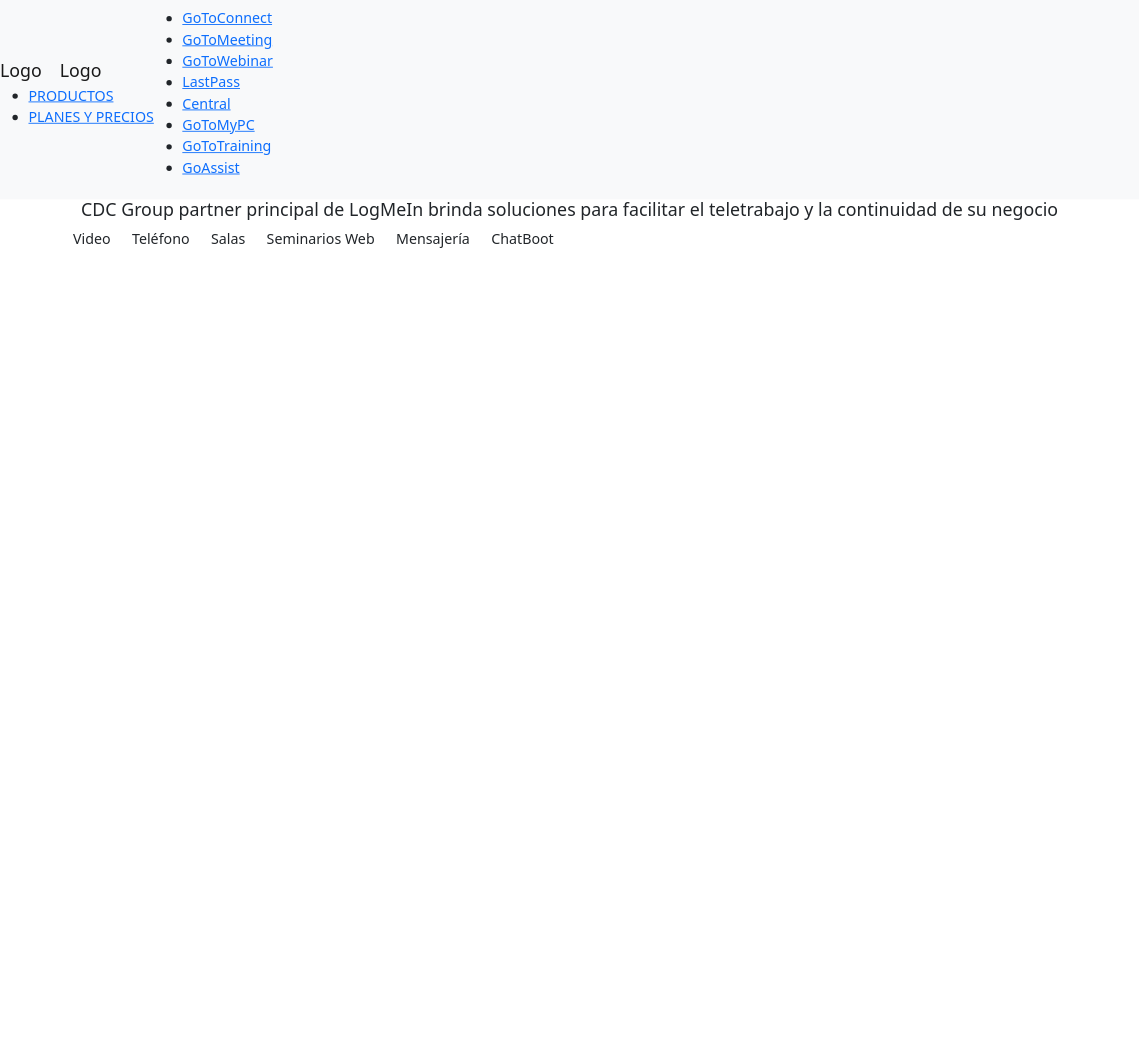
Repository: onehitwondermx/cdclogmein
Page: index.html
The author's editor kept a copy of each file at every save. The page is drawn from the files as they stood at one save, then again after the next save.
The browser window is 1280 px wide. The pictures show the whole page, at 89% of full size.

Above is the page before, as saved 2021-06-03 18:50:14.

### index.html
<!DOCTYPE html>
<html lang="es">
  <head>
    <meta charset="utf-8">
    <meta name="viewport" content="width=device-width, initial-scale=1">
    <script src="https://cdn.jsdelivr.net/npm/bootstrap@5.0.1/dist/js/bootstrap.bundle.min.js" integrity="sha384-gtEjrD/SeCtmISkJkNUaaKMoLD0//ElJ19smozuHV6z3Iehds+3Ulb9Bn9Plx0x4" crossorigin="anonymous"></script>
    <link href="https://cdn.jsdelivr.net/npm/bootstrap@5.0.1/dist/css/bootstrap.min.css" rel="stylesheet" integrity="sha384-+0n0xVW2eSR5OomGNYDnhzAbDsOXxcvSN1TPprVMTNDbiYZCxYbOOl7+AMvyTG2x" crossorigin="anonymous">
    <title>LogMeIn - CDC Gropu</title>
  </head>
<body>
  <div class="navbar navbar-expand-lg navbar-light bg-light">
    <nav class="nav-extended">
      <div class="nav-wrapper">
        <a href="#" class="navbar-brand">Logo</a>
        <a href="#" class="navbar-brand">Logo</a>
      </div>
      <div class="nav-content right">
        <ul>
          <li><a href="#">PRODUCTOS</a></li>
          <li><a class="dropdown-trigger" href="#" data-target="dropdown1">PLANES Y PRECIOS</a></li>
        </ul>
      </div>
    </nav>
      <!-- Dropdown Structure -->
    <ul id="dropdown1" class="dropdown-content">
      <li><a href="#">GoToConnect</a></li>
      <li><a href="#">GoToMeeting</a></li>
      <li><a href="#">GoToWebinar</a></li>
      <li><a href="#">LastPass</a></li>
      <li><a href="#">Central</a></li>
      <li><a href="#">GoToMyPC</a></li>
      <li><a href="#">GoToTraining</a></li>
      <li><a href="#">GoAssist</a></li>
    </ul>
    </div>

  <div class="container-fluid">
      <div class="row justify-content-md-center">
        <div class="col-md-auto">
          <h5 class="center-align">
            CDC Group partner principal de LogMeIn brinda soluciones para facilitar el teletrabajo y la continuidad de su negocio
          </h5>
        </div>
      </div>
  </div>
  <div class="container">
    <div class="row row-cols-auto">
      <div class="col">
        <span>Video</span>
      </div>
      <div class="col">
        <span>Teléfono</span>
      </div>
      <div class="col">
        <span>Salas</span>
      </div>
      <div class="col">
        <span>Seminarios Web</span>
      </div>
      <div class="col">
        <span>Mensajería
        </span>
      </div>
      <div class="col">
        <span>ChatBoot</span>
      </div>
    </div>
  </div>

   <br><br><br><br><br><br><br><br><br><br><br><br><br><br><br><br><br><br><br><br><br><br><br><br><br><br><br><br><br><br><br><br><br><br><br><br><br><br>
  </body>
</html>

After the next save:
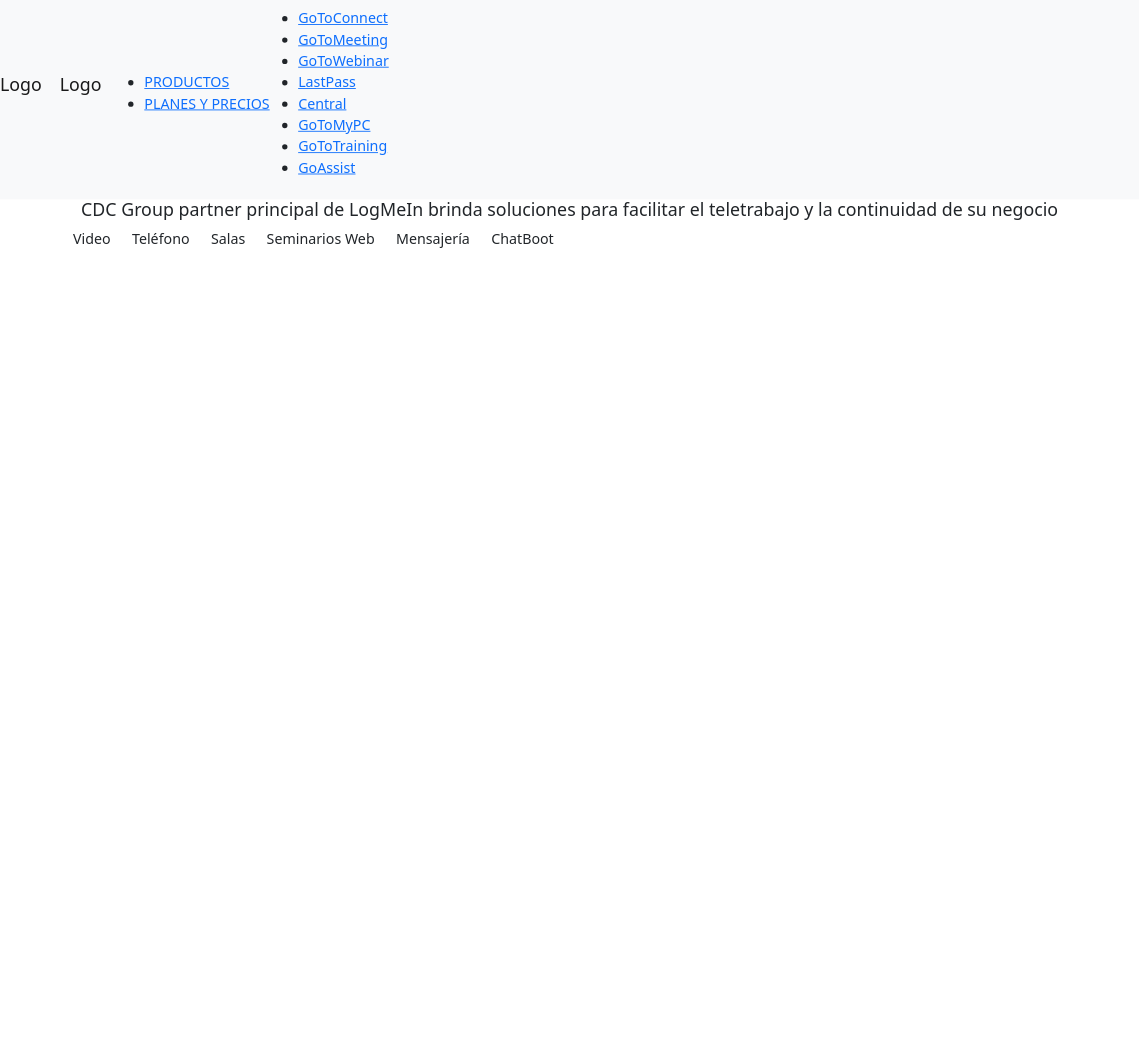
Saved 87 min 50 s later.
--- a/index.html
+++ b/index.html
@@ -9,7 +9,7 @@
   </head>
 <body>
   <div class="navbar navbar-expand-lg navbar-light bg-light">
-    <nav class="nav-extended">
+    <nav class="nav">
       <div class="nav-wrapper">
         <a href="#" class="navbar-brand">Logo</a>
         <a href="#" class="navbar-brand">Logo</a>
